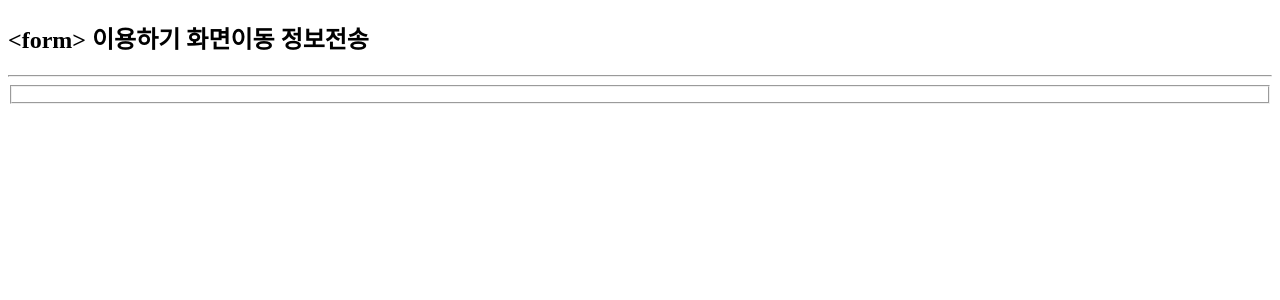
Repository: hyunh84/jsp_study
Page: http://localhost/Day02/j05_form01.jsp
An editor plug-in stored every save of this project. The page is shown before and after the next save, followed by the edit.
The browser window is 1280 px wide. The pictures show the whole page.
The page is served by Tomcat 9.

Above is the page before, as saved 2015-09-06 02:37:53.

After the next save:
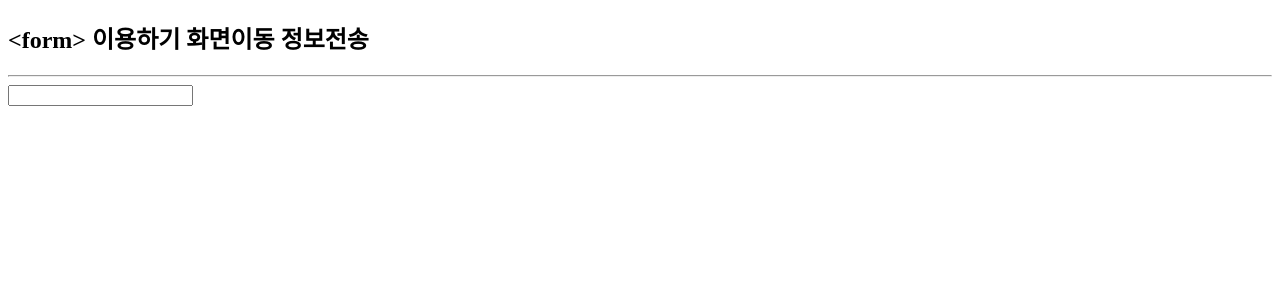
Saved 90 s later.
--- a/MyWorks/Day02/WebContent/j05_form01.jsp
+++ b/MyWorks/Day02/WebContent/j05_form01.jsp
@@ -24,10 +24,10 @@
 
 	 --%>
 
-	 <form action="/Day02/j05_form02.jsp">
-	 	<fieldset>
+	 <form action="/Day02/j05_form02.jsp" method="">
 
-	 	</fieldset>
+		<input type="botton" value="" />
+
 	 </form>
 
 
